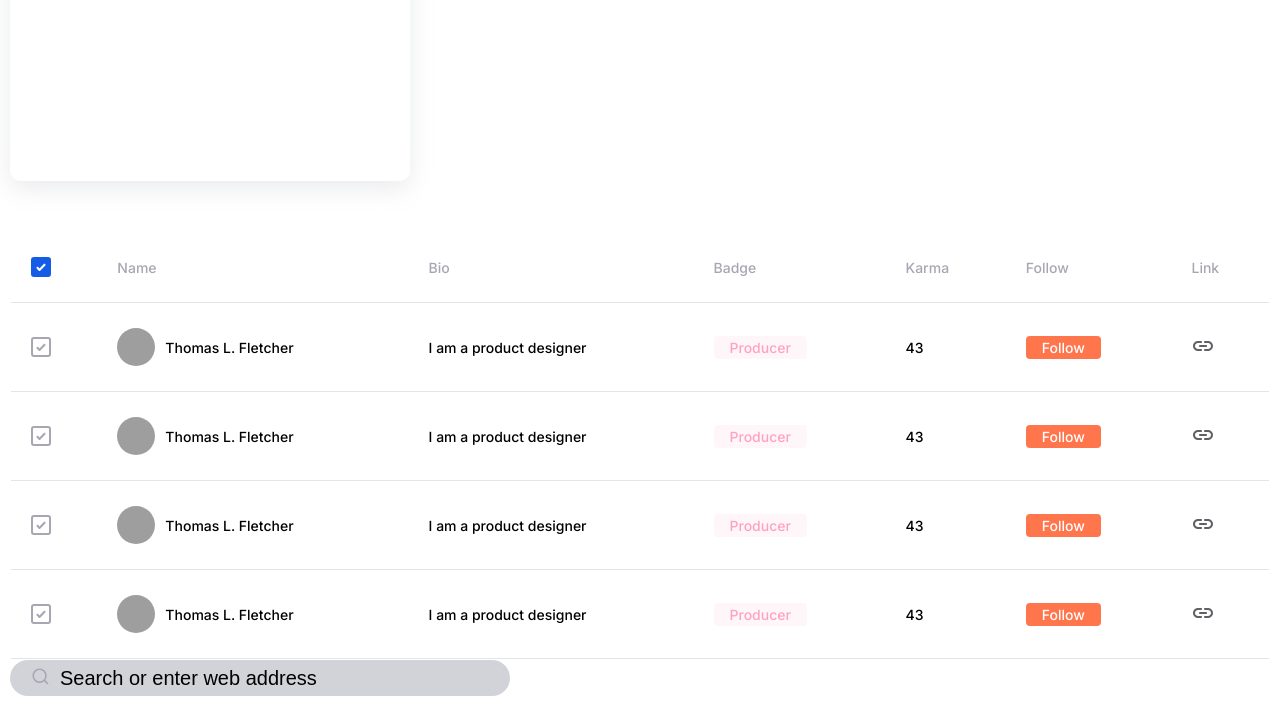
Repository: anhphapap/CSS
Page: test.html
These files come from the project's save history. The page is drawn as it stood at one moment and after a run of saves; the edit follows.
The browser window is 1280 px wide. The pictures show the part of the page from y = 642 to 1348 px (the page is 1348 px tall).
Pictures or frames that could not be fetched are drawn as grey boxes. A picture or video elsewhere on the page could not be fetched, so the positions and the page height are approximate.

Above is the page before, as saved 2023-04-09 22:15:04.

After the next 2 saves:
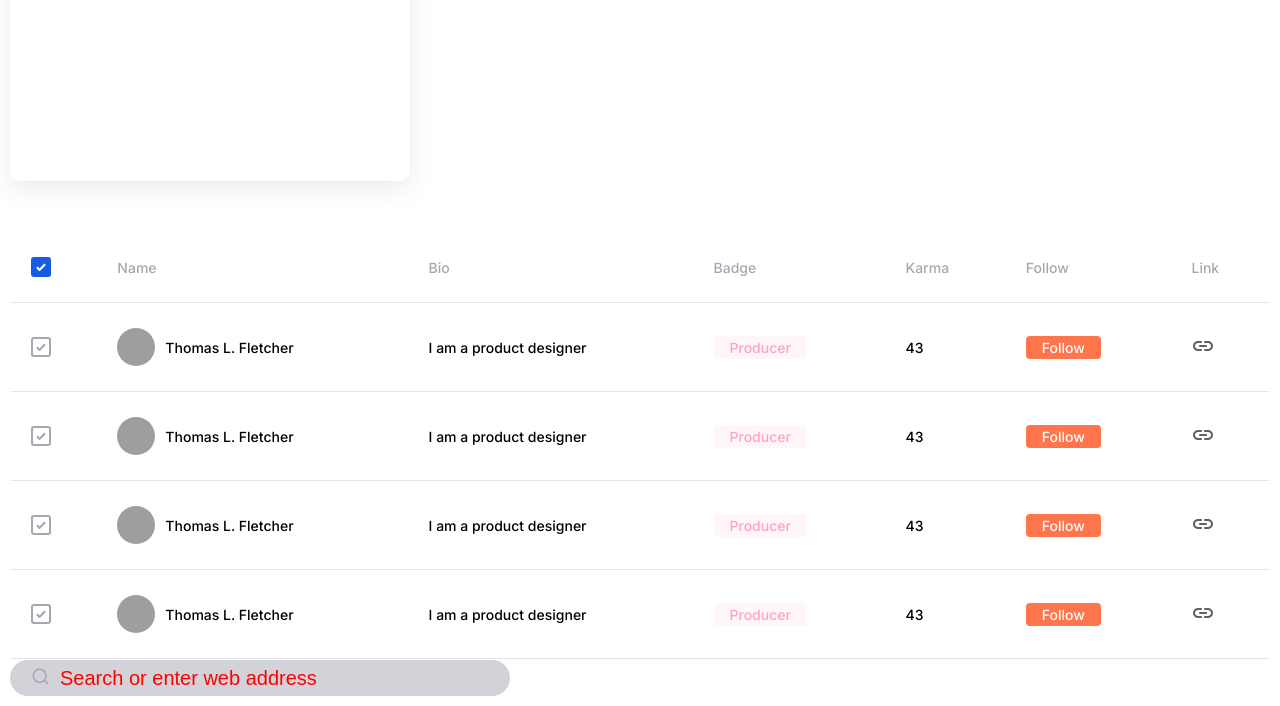
The 2 saves are shown as one change because they came seconds apart.
The last was saved 70 s later.
--- a/CSS/test.css
+++ b/CSS/test.css
@@ -404,8 +404,9 @@ td,th{
 }
 
 input::placeholder{
-    color: black;
-}
+    color: red;
+}
+
 .input-search:focus{
     background-color: white;
     color: black;
